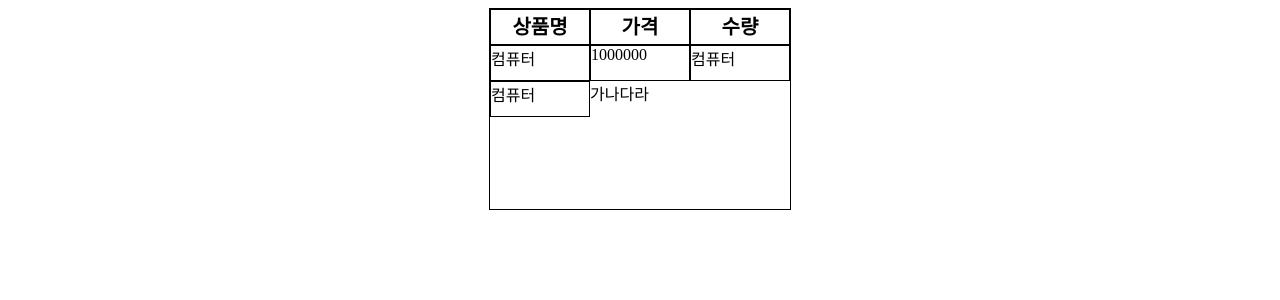
Repository: to-flatwhite1/JSP
Page: http://localhost/JSP08/
An editor plug-in stored every save of this project. The page is shown before and after the next save, followed by the edit.
The browser window is 1280 px wide. The pictures show the whole page.
The page is served by Tomcat 9.

Above is the page before, as saved 2024-05-16 06:21:53.

### JSP08/src/main/webapp/index.jsp
<%@ page language="java" contentType="text/html; charset=utf-8"
    pageEncoding="utf-8"%>
<!DOCTYPE html>
<html>
	<head>
		<meta charset="utf-8">
		<title>데이터 전송 실습</title>
		<link rel="stylesheet" href="css/style.css">
	</head>
	<body>
		<div id="wrap">
			<div class="th">상품명</div>
			<div class="th">가격</div>
			<div class="th">수량</div>
			<div>컴퓨터</div>
			<div>1000000</div>
			<div>컴퓨터</div>
			<div>컴퓨터</div>
		</div>

	</body>
</html>

### JSP08/src/main/webapp/css/style.css
@charset "utf-8";
#wrap{
	width:300px;
	height:200px;
	border:1px solid black;
	margin : 0 auto;
}
#wrap> div{
	width:98px;
	height:34px;
	border:1px solid black;
	float:left;
}
.th{
	font-weight:600;
	font-size:20px;
	text-align:center;
	line-height:34px;
}
#wrap:after{
	content:"가나다라";
}

After the next save:
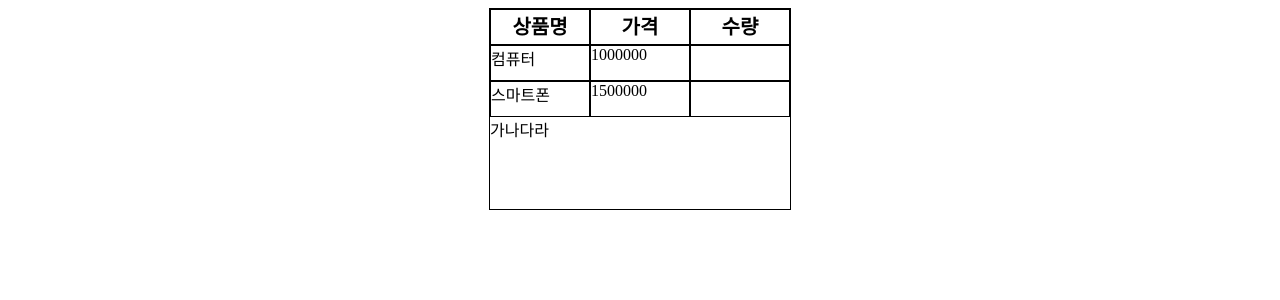
Saved 29 s later.
--- a/JSP08/src/main/webapp/index.jsp
+++ b/JSP08/src/main/webapp/index.jsp
@@ -14,8 +14,10 @@
 			<div class="th">수량</div>
 			<div>컴퓨터</div>
 			<div>1000000</div>
-			<div>컴퓨터</div>
-			<div>컴퓨터</div>
+			<div></div>
+			<div>스마트폰</div>
+			<div>1500000</div>
+			<div></div>
 		</div>
 
 	</body>
